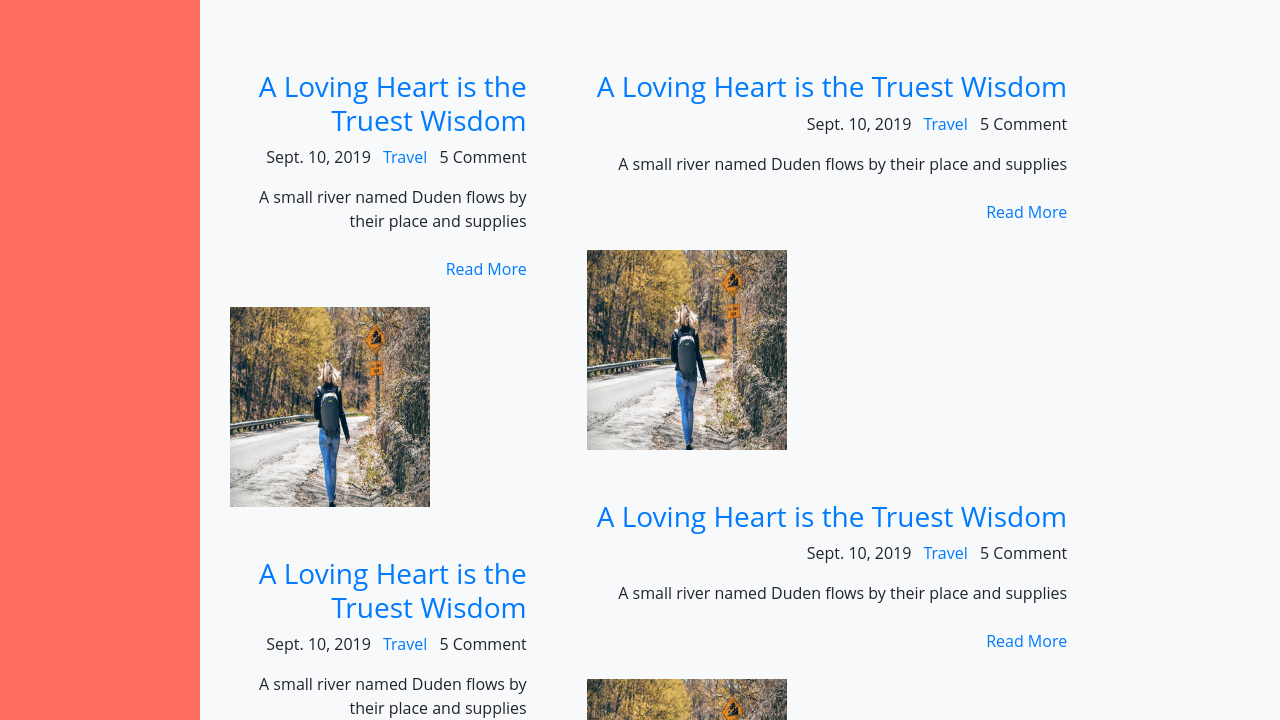
Repository: tts2610/GoogleNews
Page: index.html
These files come from the project's save history. The page is drawn as it stood at one moment and after the next save; the edit follows.
The browser window is 1280 px wide. The pictures show the whole page.
The page's requests for data from a server got no answer. An inner scrolling area shows only its first screen. Some web libraries are served in a nearby version.

Above is the page before, as saved 2020-05-20 22:49:48.

### index.html
<!DOCTYPE html>
<html lang="en">

<head>
    <meta charset="UTF-8">
    <meta name="viewport" content="width=device-width, initial-scale=1.0">
    <title>Document</title>
    <link rel="stylesheet" href="https://maxcdn.bootstrapcdn.com/bootstrap/4.4.1/css/bootstrap.min.css">

    <!-- jQuery library -->
    <script src="https://ajax.googleapis.com/ajax/libs/jquery/3.5.1/jquery.min.js"></script>

    <!-- Popper JS -->
    <script src="https://cdnjs.cloudflare.com/ajax/libs/popper.js/1.16.0/umd/popper.min.js"></script>

    <!-- Latest compiled JavaScript -->
    <script src="https://maxcdn.bootstrapcdn.com/bootstrap/4.4.1/js/bootstrap.min.js"></script>
    <link rel="stylesheet" href="css/style.css">

    <link href="https://unpkg.com/aos@2.3.1/dist/aos.css" rel="stylesheet">

    <link rel="stylesheet" href="https://cdnjs.cloudflare.com/ajax/libs/animate.css/4.0.0/animate.min.css" />
    <script src="js/moment.js"></script>
</head>

<body>
    <div class="myContainer">
        <div class="sidenav">
            <ul id="sideNav">
                <!-- <li></li>
                <li></li>
                <li></li> -->
            </ul>
        </div>
        <div class="content" id="myContent">

            <div class="row">
                <div class="col-4">
                    <div class="row" id='container-row'>

                        <div class="row">
                            <div class="blog-entry">
                                <div class="text">
                                    <h3 class="mb-2"><a href="single.html">A Loving Heart is the Truest Wisdom</a></h3>
                                    <div class="meta-wrap">
                                        <p class="meta">
                                            <span><i class="icon-calendar mr-2"></i>Sept. 10, 2019</span>
                                            <span><a href="single.html"><i class="icon-folder-o mr-2"></i>Travel</a></span>
                                            <span><i class="icon-comment2 mr-2"></i>5 Comment</span>
                                        </p>
                                    </div>
                                    <p class="mb-4">A small river named Duden flows by their place and supplies</p>
                                    <p><a href="#" class="btn-custom">Read More <span class="ion-ios-arrow-forward"></span></a></p>
                                </div>
                            </div>
                            <div class="news-img"><img src="img/image_8.jpg" width="200" height="200"></div>
                        </div>
                        <div class="row">
                            <div class="blog-entry">
                                <div class="text">
                                    <h3 class="mb-2"><a href="single.html">A Loving Heart is the Truest Wisdom</a></h3>
                                    <div class="meta-wrap">
                                        <p class="meta">
                                            <span><i class="icon-calendar mr-2"></i>Sept. 10, 2019</span>
                                            <span><a href="single.html"><i class="icon-folder-o mr-2"></i>Travel</a></span>
                                            <span><i class="icon-comment2 mr-2"></i>5 Comment</span>
                                        </p>
                                    </div>
                                    <p class="mb-4">A small river named Duden flows by their place and supplies</p>
                                    <p><a href="#" class="btn-custom">Read More <span class="ion-ios-arrow-forward"></span></a></p>
                                </div>
                            </div>
                            <div class="news-img"><img src="img/image_8.jpg" width="200" height="200"></div>
                        </div>


                        <!-- <div class="col-md-12">

                        </div> -->
                        <!-- <div class="col-md-12">

                        </div> -->
                    </div>
                </div>
                <div class="col-8">
                    <div class="row" id='container-row'>

                        <div class="row">
                            <div class="blog-entry">
                                <div class="text">
                                    <h3 class="mb-2"><a href="single.html">A Loving Heart is the Truest Wisdom</a></h3>
                                    <div class="meta-wrap">
                                        <p class="meta">
                                            <span><i class="icon-calendar mr-2"></i>Sept. 10, 2019</span>
                                            <span><a href="single.html"><i class="icon-folder-o mr-2"></i>Travel</a></span>
                                            <span><i class="icon-comment2 mr-2"></i>5 Comment</span>
                                        </p>
                                    </div>
                                    <p class="mb-4">A small river named Duden flows by their place and supplies</p>
                                    <p><a href="#" class="btn-custom">Read More <span class="ion-ios-arrow-forward"></span></a></p>
                                </div>
                            </div>
                            <div class="news-img"><img src="img/image_8.jpg" width="200" height="200"></div>
                        </div>
                        <div class="row">
                            <div class="blog-entry">
                                <div class="text">
                                    <h3 class="mb-2"><a href="single.html">A Loving Heart is the Truest Wisdom</a></h3>
                                    <div class="meta-wrap">
                                        <p class="meta">
                                            <span><i class="icon-calendar mr-2"></i>Sept. 10, 2019</span>
                                            <span><a href="single.html"><i class="icon-folder-o mr-2"></i>Travel</a></span>
                                            <span><i class="icon-comment2 mr-2"></i>5 Comment</span>
                                        </p>
                                    </div>
                                    <p class="mb-4">A small river named Duden flows by their place and supplies</p>
                                    <p><a href="#" class="btn-custom">Read More <span class="ion-ios-arrow-forward"></span></a></p>
                                </div>
                            </div>
                            <div class="news-img"><img src="img/image_8.jpg" width="200" height="200"></div>
                        </div>


                        <!-- <div class="col-md-12">

                        </div> -->
                        <!-- <div class="col-md-12">

                        </div> -->
                    </div>
                </div>
            </div>
            <!-- <button type="button" id="loadMoreBtn" class="btn btn-success my-3" style="margin-left: 470px;">Load more...</button> -->
        </div>
    </div>

    <script src="js/script.js"></script>
    <script src="https://unpkg.com/aos@2.3.1/dist/aos.js"></script>
    <script>
        AOS.init();
    </script>
</body>

</html>

### css/style.css
body {
    margin: 0;
    font-family: 'Open Sans', sans-serif;
}

.myContainer {
    display: flex;
    justify-content: start;
}

.sidenav {
    min-height: 100vh;
    width: 200px;
    float: left;
    position: relative;
    background-color: #FF6F61;
}

#sideNav {
    overflow-y: scroll;
}

.content {
    height: 100vh;
    width: calc(100% - 200px);
    float: right;
    position: relative;
    background-color: #f8f9fa;
    overflow-y: scroll;
}

.blog-entry-left {
    display: flex;
    flex-direction: column;
    align-items: center;
}

.blog-entry {
    padding: 10px;
}

.row {
    padding: 20px;
    font-size: medium;
    text-align: right;
}

#container-row {
    display: flex;
    justify-content: flex-end;
}

button {
    margin-left: 500px;
}

### js/script.js
let newsList = [];
const apiKey = "2dc86bcdc7184b17b45b74b30858f75a"
let page = 1;
let pageSize = 6;
let categoryList = [];
let q = "apple";

const loadNews = async(page) => {
    let sources = [];
    $("input:checkbox:checked").each(function() {
        sources.push($(this).val());
    });
    let url;
    if (!sources.length)
        url = `https://newsapi.org/v2/top-headlines?q=${q}&apiKey=${apiKey}&page=${page}&pageSize=${pageSize}`;
    else {
        let sourceStr = sources.join(",");
        url = `https://newsapi.org/v2/top-headlines?q=${q}&page=${page}&pageSize=${pageSize}&sources=${sourceStr}&apiKey=${apiKey}`
    }



    let data = await fetch(url);
    let result = await data.json();
    $("#myContent").empty();
    $("#myContent").append(render(result));
    $('#myContent').append(`<button onclick="loadMoreFunction()" id="loadMoreBtn" type="button" class="btn btn-success my-4">Load more</button>`);
    $('#myContent').append(`<div id="currentNews" style="text-align:right;">Shown : ${result.articles.length} news</div>`);
}

$(document).ready(function() {
    countCategory();
    // loadNews(page);

});

async function countCategory() {
    let filterUrl = `https://newsapi.org/v2/top-headlines?q=${q}&apiKey=${apiKey}`;
    let filterData = await fetch(filterUrl);
    let result = await filterData.json();
    result.articles.forEach((x, i) => {
        addToDictionary(x.source);
    });
    reloadFilter();
}


function loadMoreFunction() {
    page++;
    $("#loadMoreBtn").remove();
    $("#currentNews").remove();
    loadNews(page);
}

function reloadFilter() {
    $("#sideNav").empty();
    categoryList.forEach(element => {
        let html = `<div class="form-check">
                        <input class="form-check-input" onchange="loadNews(1);" type="checkbox" id="${element.id}" value="${element.id}">
                        <label class="form-check-label">${element.category}(${element.count})</label>
                    </div>`;
        $("#sideNav").append(html);
    });
}

function addToDictionary(x) {
    let flag;
    for (let i = 0; i < categoryList.length; i++) {
        if (categoryList[i].id == x.id) {
            categoryList[i].count++;
            flag = true;
        }
    }
    if (!flag)
        categoryList.push({ id: x.id, category: x.name, count: 1 })
}

function render(result) {
    let innerHtml = '';
    let firstNum = 0;
    let midNum;
    let lastNum;
    result.articles.forEach((x, i) => {
        if (i == firstNum) {
            innerHtml += `<div class="row animate__animated animate__fadeInUp">
            <div class="col-4">
                <div class="blog-entry-left">
                    <div>
                        <img src="${x.urlToImage}" width="200" height="200">
                    </div>
                    <div class="text">
                        <h3 class=""><a href="single.html">${x.title}</a></h3>
                        <div class="meta-wrap">
                            <p class="meta">
                                <span><i class="icon-calendar mr-2"></i>${moment(x.publishedAt).fromNow()}</span>
                                <span><a href="single.html"><i class="icon-folder-o mr-2"></i>${x.source.name}</a></span>
                                <span><i class="icon-comment2 mr-2"></i>5 Comment</span>
                            </p>
                        </div>
                        <p class="">${x.description}</p>
                        <p><a href="#" class="btn-custom">Read More <span class="ion-ios-arrow-forward"></span></a></p>
                    </div>
                </div>
            </div>`
            midNum = i + 1;
            firstNum = firstNum + 3;
        }
        if (i == midNum) {
            innerHtml += `<div class="col-8">
            <div class="row">
                <div class="col-md-12">
                    <div class="blog-entry">
                        <div class="text text-2 text-md-right pr-4">
                            <h3 class="mb-2"><a href="single.html">${x.title}</a></h3>
                            <div class="meta-wrap">
                                <p class="meta">
                                    <span><i class="icon-calendar mr-2"></i>${moment(x.publishedAt).fromNow()}</span>
                                    <span><a href="single.html"><i class="icon-folder-o mr-2"></i>${x.source.name}</a></span>
                                    <span><i class="icon-comment2 mr-2"></i>5 Comment</span>
                                </p>
                            </div>
                            <p class="mb-4">${x.description}</p>
                            <p><a href="#" class="btn-custom">Read More <span class="ion-ios-arrow-forward"></span></a></p>
                        </div>
                        <div class="news-img"><img src="${x.urlToImage}" width="200" height="200"></div>
                    </div>
                </div>`
            lastNum = i + 1;
        }
        if (i == lastNum) {
            innerHtml += `<div class="col-md-12">
            <div class="blog-entry ftco-animate d-md-flex align-items-center">
                <div class="text text-2 text-md-right pr-4">
                    <h3 class="mb-2"><a href="single.html">${x.title}</a></h3>
                    <div class="meta-wrap">
                        <p class="meta">
                            <span><i class="icon-calendar mr-2"></i>${moment(x.publishedAt).fromNow()}</span>
                            <span><a href="single.html"><i class="icon-folder-o mr-2"></i>${x.source.name}</a></span>
                            <span><i class="icon-comment2 mr-2"></i>5 Comment</span>
                        </p>
                    </div>
                    <p class="mb-4">${x.description}</p>
                    <p><a href="#" class="btn-custom">Read More <span class="ion-ios-arrow-forward"></span></a></p>
                </div>
                <div class="news-img"><img src="${x.urlToImage}" width="200" height="200"></div>
            </div>
        </div>
    </div>
</div>
</div>
`
        }


    });
    return innerHtml;
}

Loaded but not shown: js/moment.js (library)

After the next save:
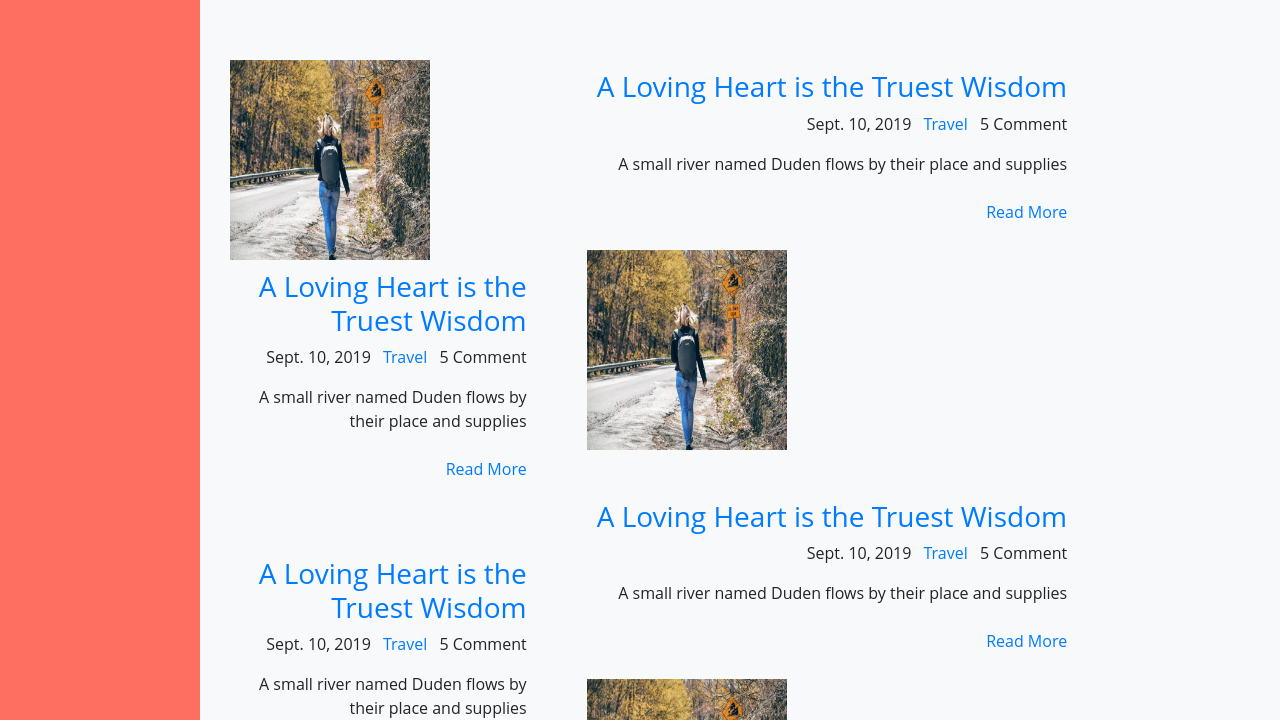
Saved 62 s later.
--- a/index.html
+++ b/index.html
@@ -39,6 +39,7 @@
                     <div class="row" id='container-row'>
 
                         <div class="row">
+                            <div class="news-img"><img src="img/image_8.jpg" width="200" height="200"></div>
                             <div class="blog-entry">
                                 <div class="text">
                                     <h3 class="mb-2"><a href="single.html">A Loving Heart is the Truest Wisdom</a></h3>
@@ -53,7 +54,7 @@
                                     <p><a href="#" class="btn-custom">Read More <span class="ion-ios-arrow-forward"></span></a></p>
                                 </div>
                             </div>
-                            <div class="news-img"><img src="img/image_8.jpg" width="200" height="200"></div>
+
                         </div>
                         <div class="row">
                             <div class="blog-entry">
